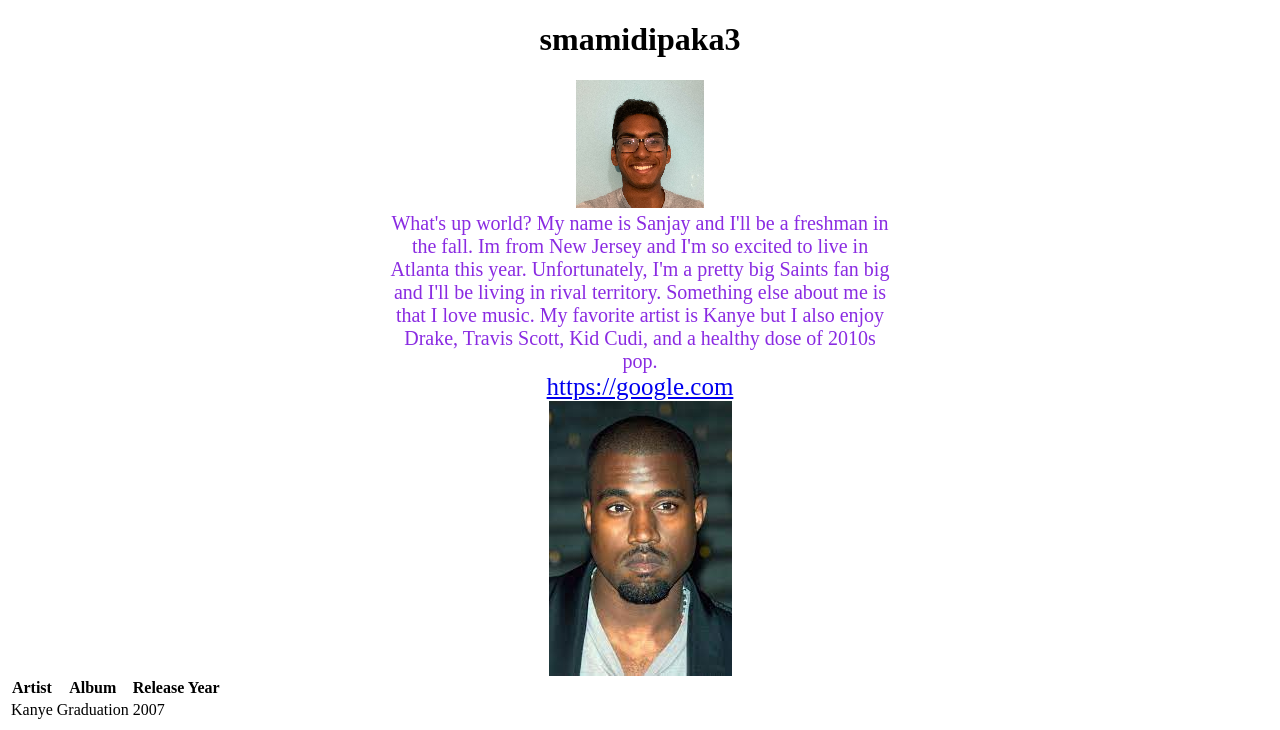
Repository: sanjayMamidipaka/cs1301
Page: lab01/index.html
The author's editor kept a copy of each file at every save. The page is drawn from the files as they stood at one save, then again after the next save.
The browser window is 1280 px wide. The pictures show the whole page.

Above is the page before, as saved 2021-07-22 16:29:41.

After the next save:
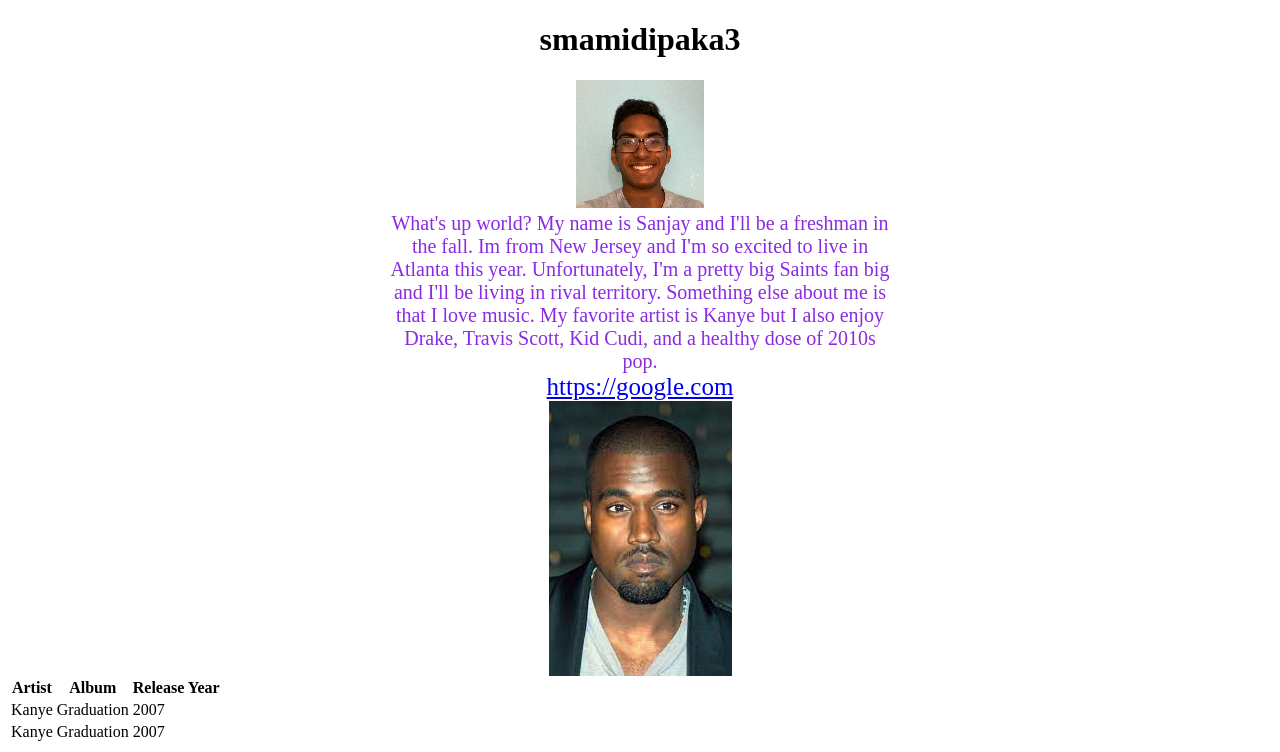
Saved 87 s later.
--- a/lab01/index.html
+++ b/lab01/index.html
@@ -34,4 +34,10 @@
         <td>Graduation</td>
         <td>2007</td>
     </tr>
+
+    <tr>
+        <td>Kanye</td>
+        <td>Graduation</td>
+        <td>2007</td>
+    </tr>
 </table>
